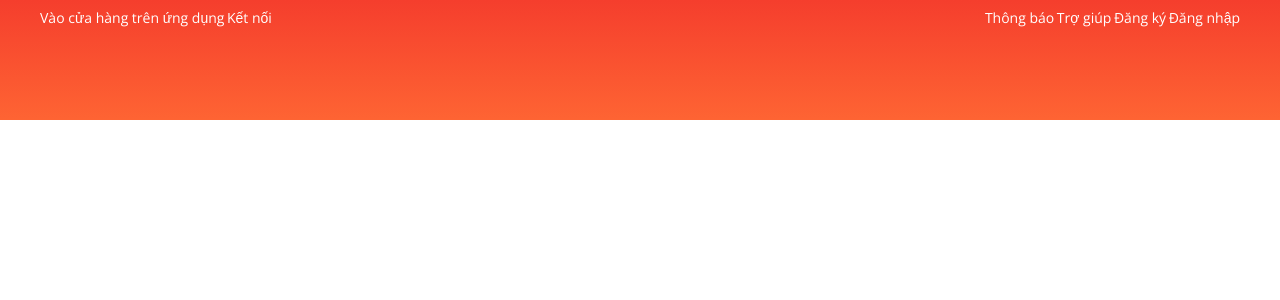
Repository: trongtamdev/Clone-Shopee-Page
Page: index.html
The author's editor kept a copy of each file at every save. The page is drawn from the files as they stood at one save, then again after the next save.
The browser window is 1280 px wide. The pictures show the whole page.

Above is the page before, as saved 2022-07-05 15:59:15.

After the next save:
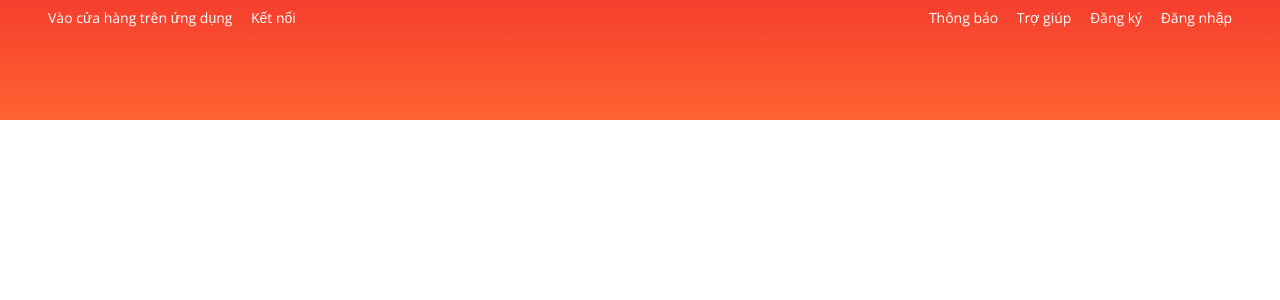
Saved 48 s later.
--- a/assets/css/main.css
+++ b/assets/css/main.css
@@ -13,6 +13,10 @@
     padding: 0;
 }
 
+.header__navbar-item {
+    margin: 0 8px;
+}
+
 .header__navbar-item, .header__navbar-item-link{
     display: inline-block;
     font-size: 1.4rem;
